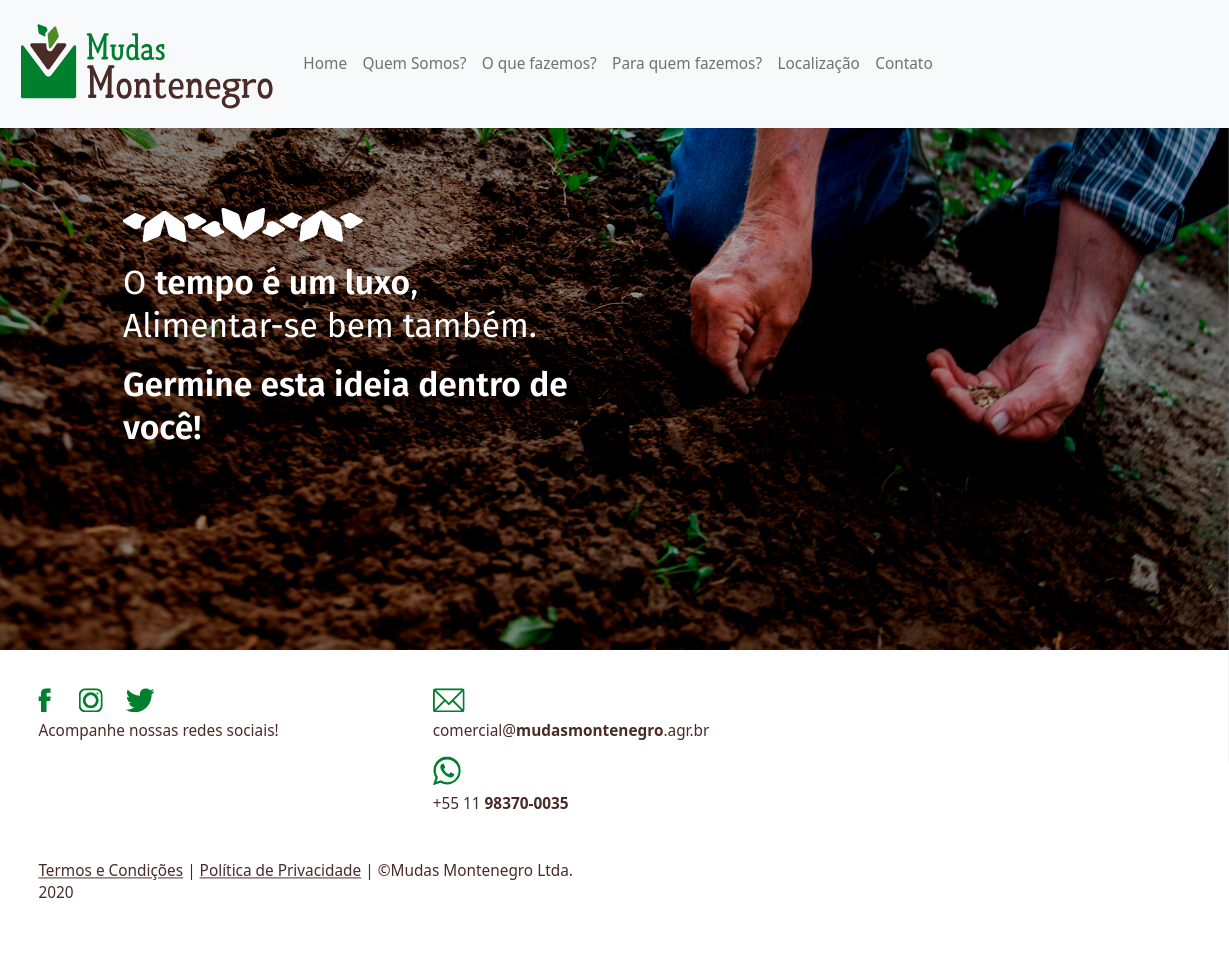
Repository: MaKnok/mudas-montenegro
Page: index.html
The author's editor kept a copy of each file at every save. The page is drawn from the files as they stood at one save, then again after the next save.
The browser window is 1280 px wide. The pictures show the whole page, at 96% of full size.
Some web libraries are served in a nearby version.

Above is the page before, as saved 2021-06-17 11:52:10.

After the next save:
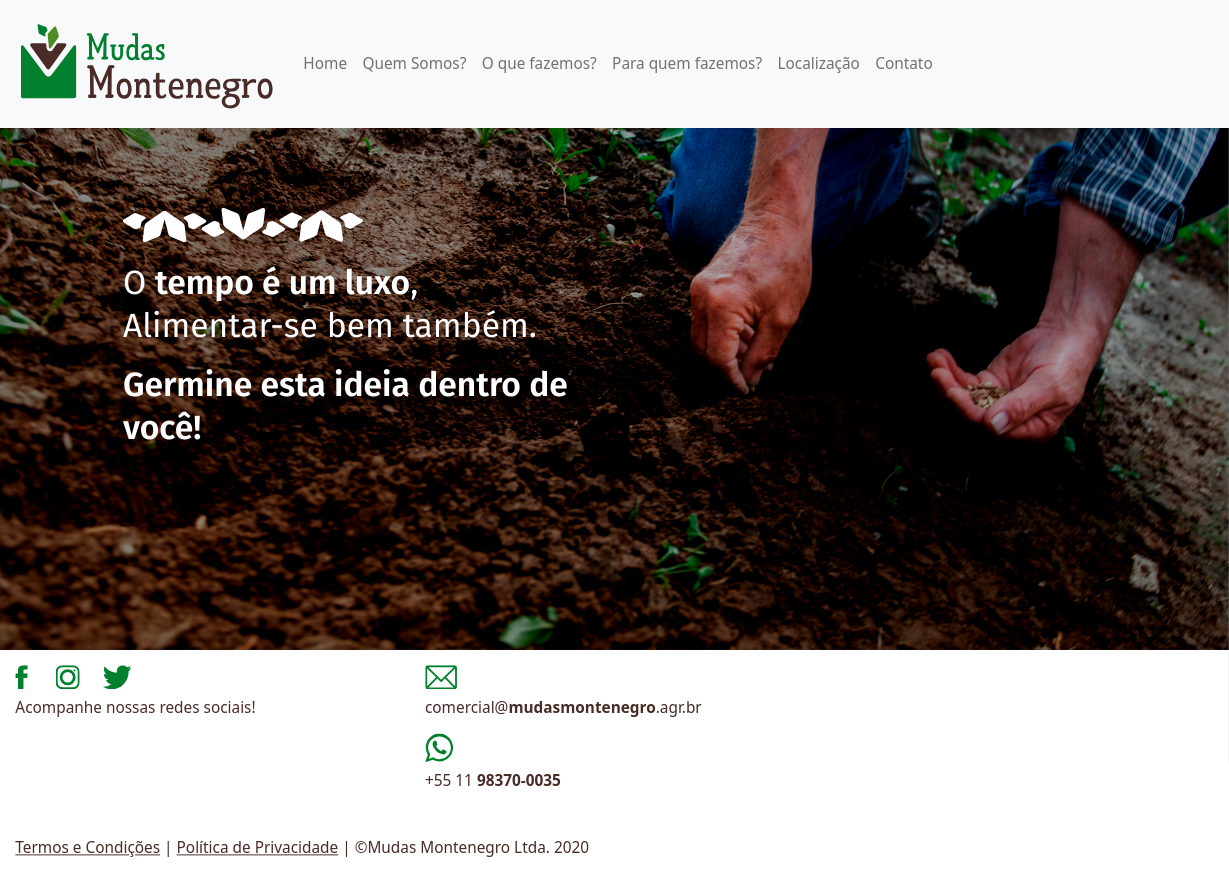
Saved 2 min 33 s later.
--- a/style.css
+++ b/style.css
@@ -170,7 +170,6 @@
   background-color: #fff;
   color: #492b28;
   line-height: 22px;
-  padding: 1.5rem;
 }
 
 ul,
